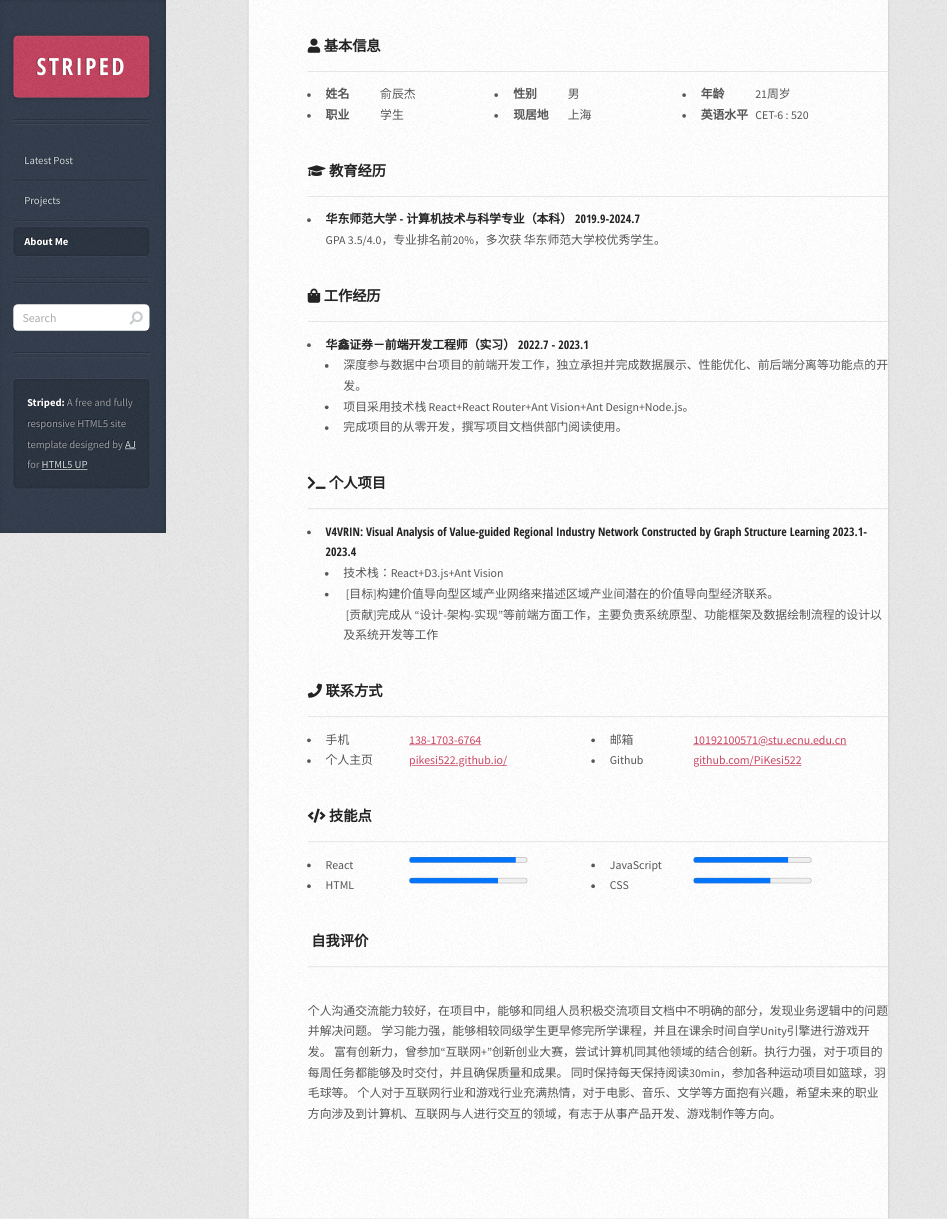
Repository: PiKesi522/PiKesi522.github.io
Page: about.html
An editor plug-in stored every save of this project. The page is shown before and after the next save, followed by the edit.
The browser window is 1280 px wide. The pictures show the whole page, at 74% of full size.

Above is the page before, as saved 2023-04-10 19:24:34.

After the next save:
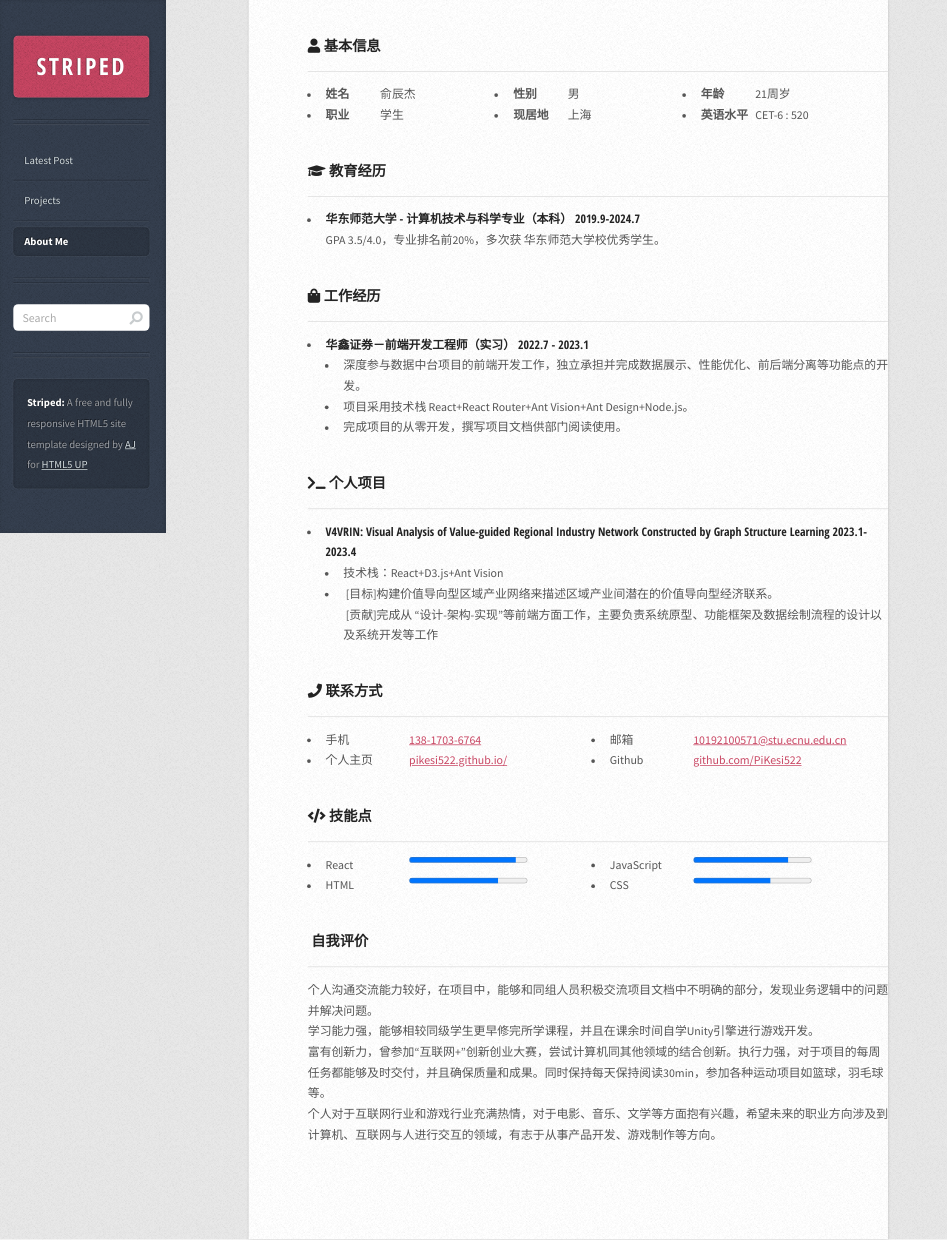
Saved 24 s later.
--- a/about.html
+++ b/about.html
@@ -392,11 +392,12 @@
                         </h2>
                         <hr />
                         <p>
-                            </br>
                             个人沟通交流能力较好，在项目中，能够和同组人员积极交流项目文档中不明确的部分，发现业务逻辑中的问题并解决问题。
+                        </br>
                             学习能力强，能够相较同级学生更早修完所学课程，并且在课余时间自学Unity引擎进行游戏开发。
-                            富有创新力，曾参加“互联网+”创新创业大赛，尝试计算机同其他领域的结合创新。执行力强，对于项目的每周任务都能够及时交付，并且确保质量和成果。
-                            同时保持每天保持阅读30min，参加各种运动项目如篮球，羽毛球等。
+                        </br>
+                            富有创新力，曾参加“互联网+”创新创业大赛，尝试计算机同其他领域的结合创新。执行力强，对于项目的每周任务都能够及时交付，并且确保质量和成果。同时保持每天保持阅读30min，参加各种运动项目如篮球，羽毛球等。
+                        </br>
                             个人对于互联网行业和游戏行业充满热情，对于电影、音乐、文学等方面抱有兴趣，希望未来的职业方向涉及到计算机、互联网与人进行交互的领域，有志于从事产品开发、游戏制作等方向。
                             <!-- <span class="mark-txt">“多静多思考，反省不张扬”</span>是我给自己总结的“十字箴言”，鞭策自己做人既不能以己度人，也不以人观己，要脚踏实地做事，坚持自己的梦想和本心。 -->
                         </p>
